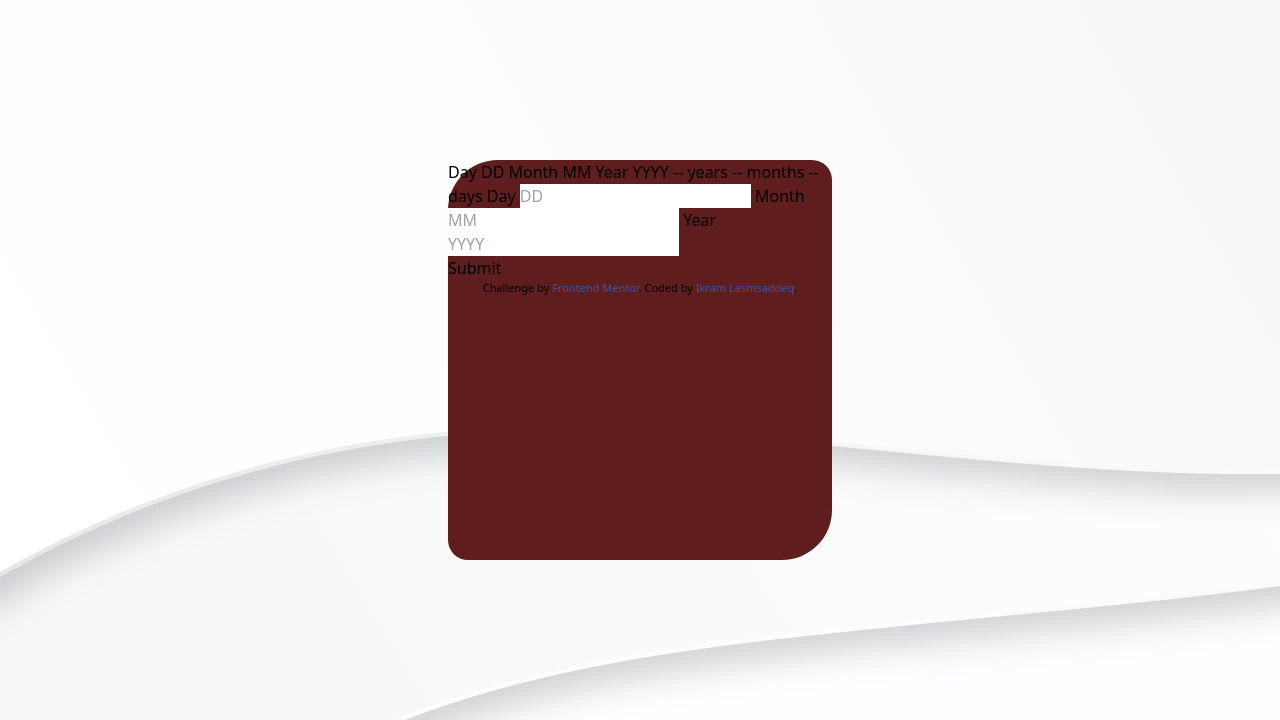
Repository: ikram-lisa/age-display
Page: /
These files come from the project's save history. The page is drawn as it stood at one moment and after the next save; the edit follows.
The browser window is 1280 px wide. The pictures show the whole page.
Some web libraries are served in a nearby version. The project was rebuilt for these pictures with package versions that can differ from the ones it lists, and the page was loaded fresh each time.

Above is the page before, as saved 2024-04-30 15:31:06.

### index.html
<!DOCTYPE html>
<html lang="en">
  <head>
    <meta charset="UTF-8" />
    <meta name="viewport" content="width=device-width, initial-scale=1.0" />
    <!-- displays site properly based on user's device -->
    <link href="https://cdn.tailwindcss.com" rel="stylesheet" />
    <link rel="stylesheet" href="./css/style.scss" />
    <link
      rel="icon"
      type="image/png"
      sizes="32x32"
      href="./assets/images/favicon-32x32.png"
    />

    <title>Frontend Mentor | Age calculator app</title>
    <style>
      .attribution {
        font-size: 11px;
        text-align: center;
      }
      .attribution a {
        color: hsl(228, 45%, 44%);
      }
    </style>
  </head>
  <!-- <script type="module" src="js/script.js"></script> -->
  <body>
    <section class="calculator bg-red-500">
      <form action="">
        Day DD Month MM Year YYYY -- years -- months -- days
        <label for="day">Day</label>
        <input id="day" type="number" placeholder="DD" />

        <label for="month">Month</label>
        <input id="month" type="number" placeholder="MM" />

        <label for="year">Year</label>
        <input id="year" type="number" placeholder="YYYY" />
      </form>

      <button id="submit">Submit</button>

      <div class="result">
        <p class="days"></p>
        <p class="month"></p>
        <p class="years"></p>
      </div>

      <div class="attribution">
        Challenge by
        <a href="https://www.frontendmentor.io?ref=challenge" target="_blank"
          >Frontend Mentor</a
        >. Coded by <a href="#">Ikram Lasmsaddeq</a>.
      </div>
    </section>
  </body>
</html>

### css/style.scss
@tailwind base;
@tailwind components;
@tailwind utilities;

* {
  margin: 0;
  padding: 0;
  box-sizing: border-box;
}
body {
  background-image: url("../images/background.jpg");
  height: 100vh;
  overflow: hidden;
}
.calculator {
  width: 30%;
  height: 400px;
  background-color: rgb(96, 29, 29);
  position: absolute;
  top: 50%;
  left: 50%;
  transform: translate(-50%, -50%);
  border-radius: 50px 20px;
}

Loaded but not shown: tailwind.config.js (1075 lines, source omitted)

After the next save:
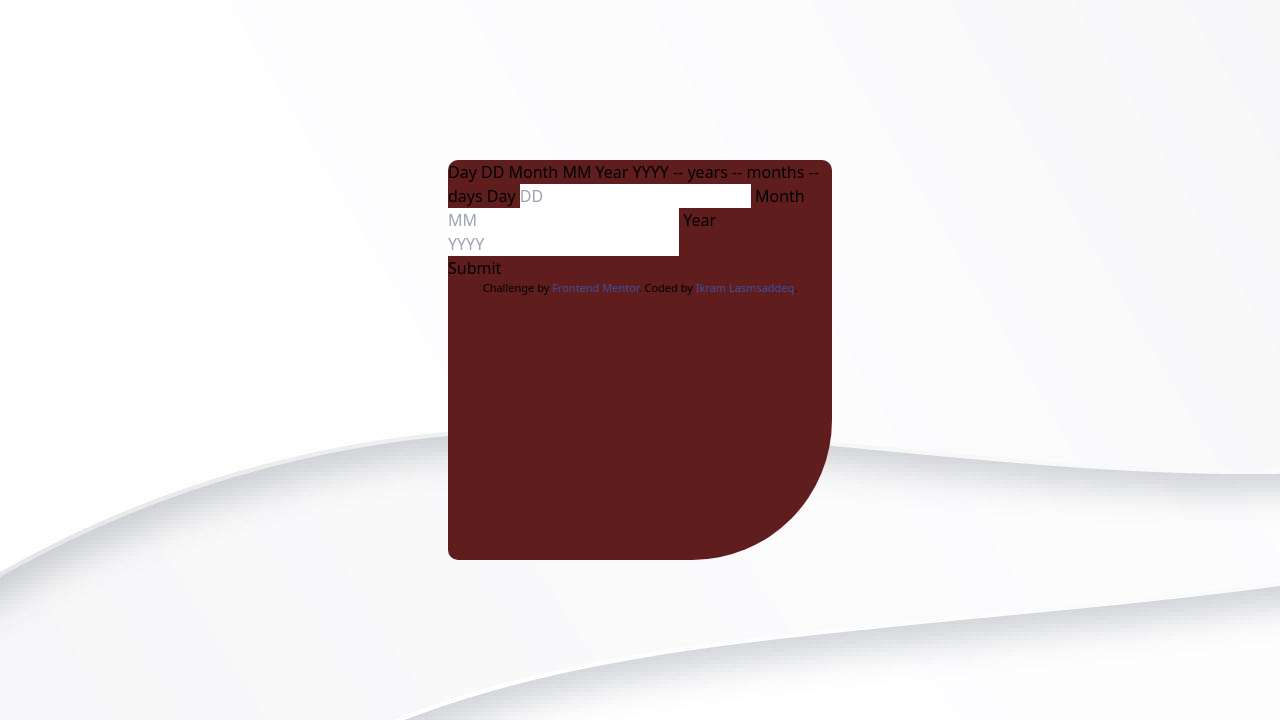
Saved 81 s later.
--- a/css/style.scss
+++ b/css/style.scss
@@ -20,5 +20,5 @@ body {
   top: 50%;
   left: 50%;
   transform: translate(-50%, -50%);
-  border-radius: 50px 20px;
+  border-radius: 10px 10px 140px 10px;
 }
